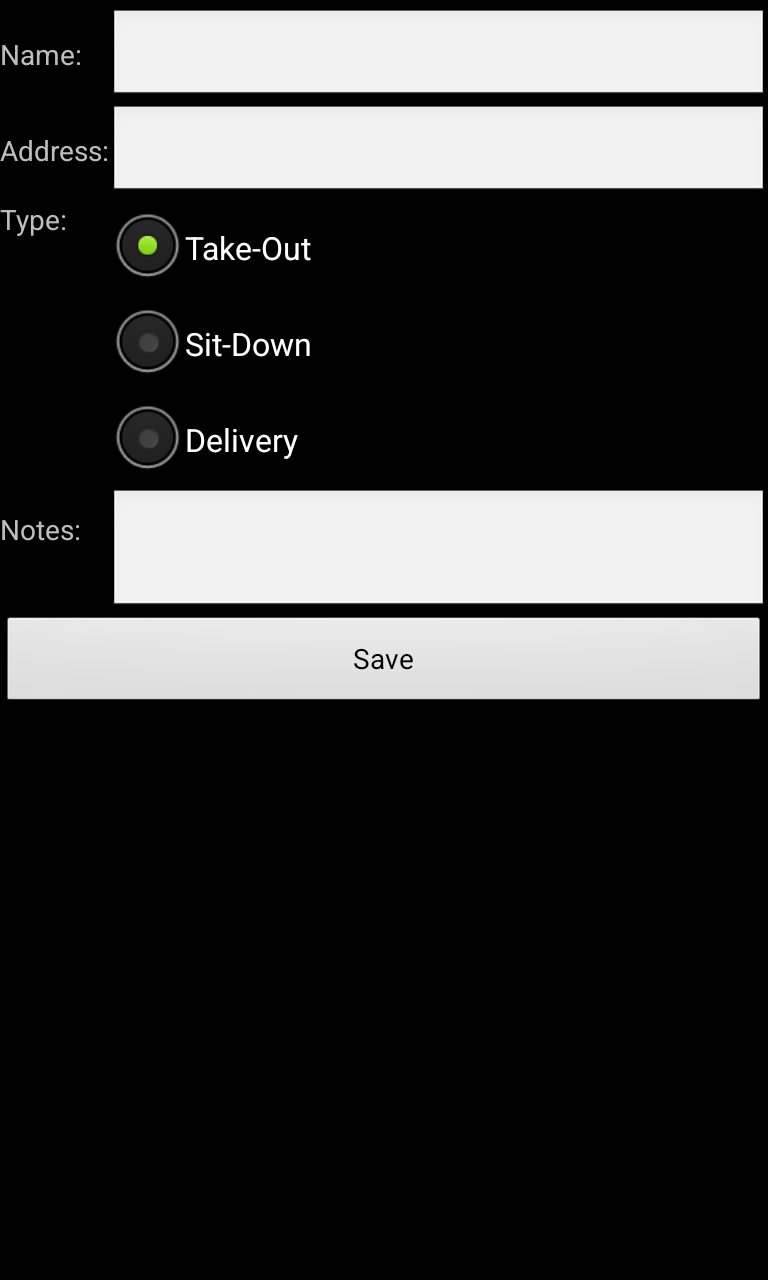
Repository: twacker/csci498android
Layout: LunchList/res/layout/detail_form.xml
These files come from the project's save history. The layout is drawn as it stood at one moment and after the next save; the edit follows.
It is drawn on a 768 x 1280 px phone screen (xhdpi) without system bars, with theme android:Theme; the app's code is not run.

Above is the layout before, as saved 2012-10-04 19:00:32.

After the next save:
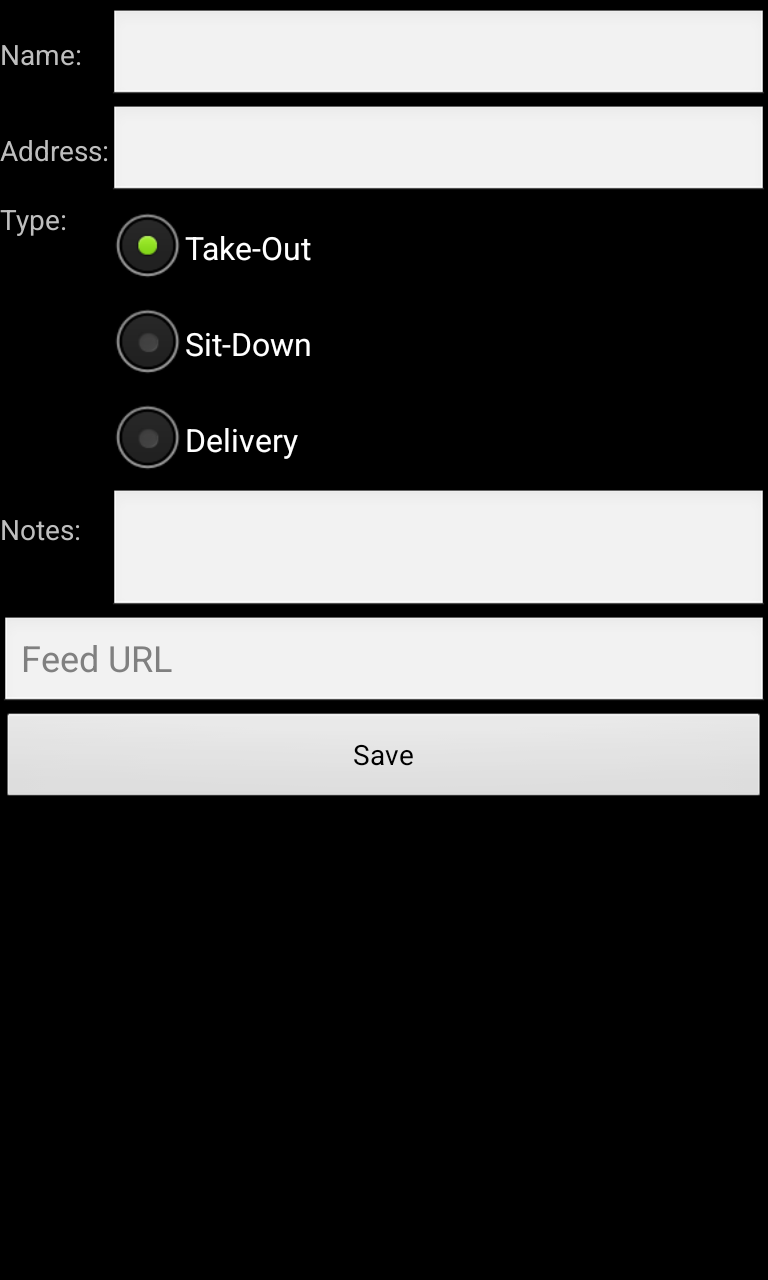
Saved 4 min 43 s later.
--- a/LunchList/res/layout/detail_form.xml
+++ b/LunchList/res/layout/detail_form.xml
@@ -60,6 +60,10 @@
                 android:singleLine="false" />
         </TableRow>
 
+        <EditText
+            android:id="@+id/feed"
+            android:hint="Feed URL" />
+
         <Button
             android:id="@+id/save"
             android:layout_width="match_parent"
